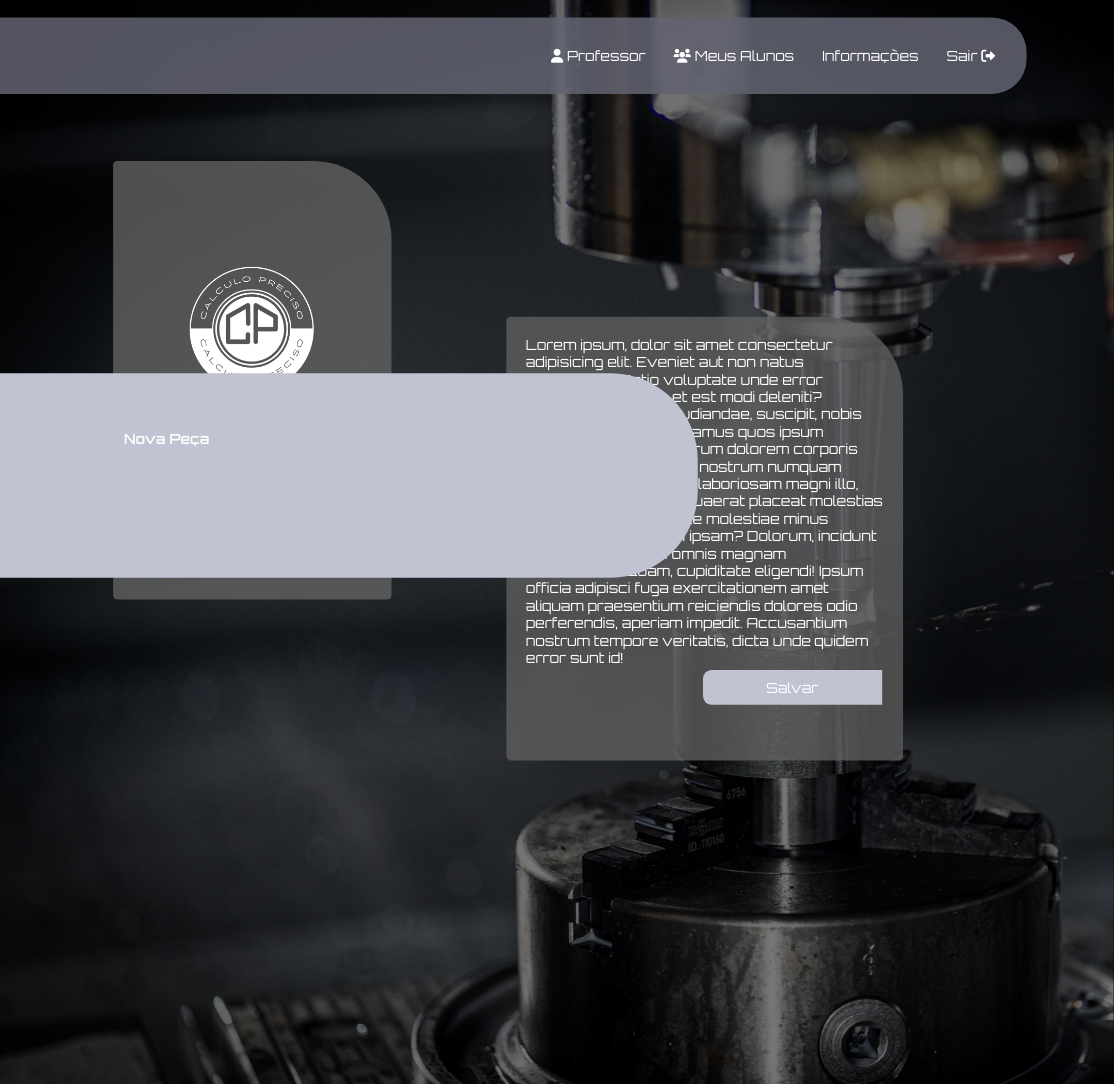
Repository: SSancaSH-Projetos/C-lculo-Preciso
Page: Front-End/informacoes.html
An editor plug-in stored every save of this project. The page is shown before and after the next save, followed by the edit.
The browser window is 1280 px wide. The pictures show the whole page, at 87% of full size.

Above is the page before, as saved 2024-04-26 19:44:48.

After the next save:
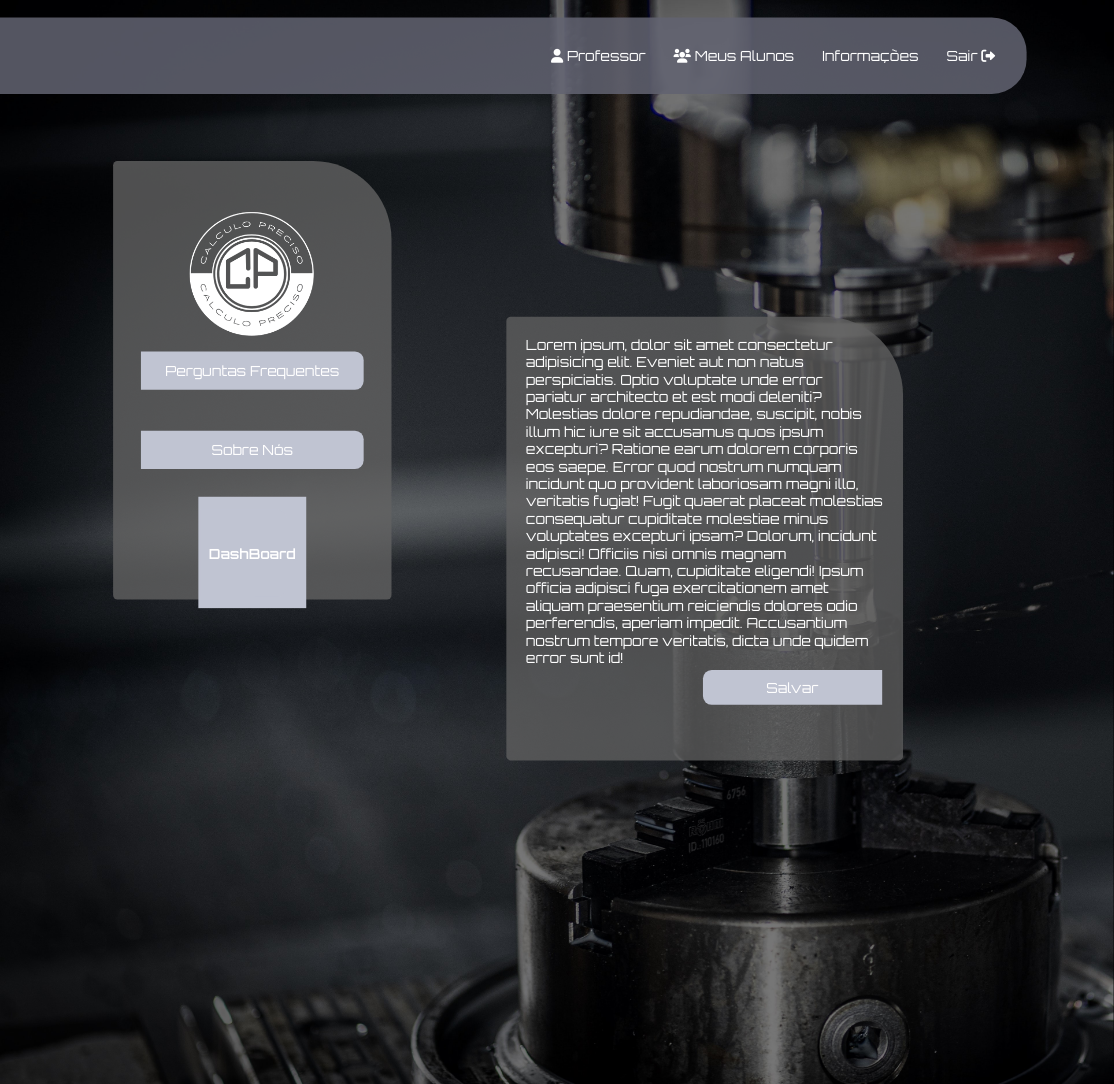
Saved 23 s later.
--- a/Front-End/informacoes.html
+++ b/Front-End/informacoes.html
@@ -49,7 +49,7 @@
                 <img class="logoCalculoPreciso" src="assets/images/logoBranco.png" alt="PrecisionTechLogo">
                 <button class="btn" style="background-color: #C0C4D2;">Perguntas Frequentes</button>
                 <button class="btn" style="background-color: #C0C4D2;">Sobre Nós</button>
-                <a class="btn" style="background-color: #C0C4D2;" href="dashboard.html"><button class="btn btn-sidebar">Nova Peça</button></a>
+                <a style="background-color: #C0C4D2;" href="dashboard.html"><button class="btn btn-sidebar">DashBoard</button></a>
             </div>
             <div class="containerPeca3d">
                 <model-viewer id="parts" class="parts-3d" controls auto-rotate
